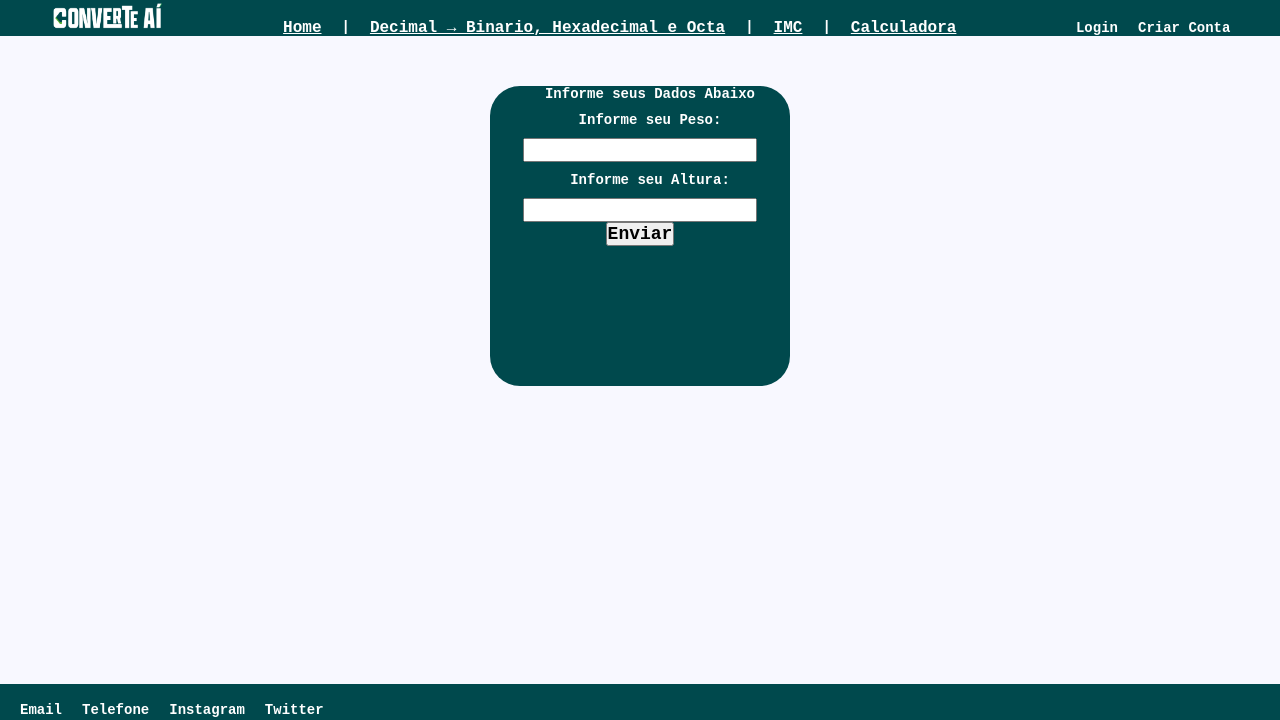
Repository: Frav1u/converteai
Page: http://localhost/ConverteAi/imc.html
These files come from the project's save history. The page is drawn as it stood at one moment and after the next save; the edit follows.
The browser window is 1280 px wide. The pictures show the whole page.
Some web fonts or font styles are not loaded; a fallback is used. The page is served by Tomcat 9. Other server files are loaded and not shown.

Above is the page before, as saved 2023-10-01 21:32:38.

### ConverteAi/src/main/webapp/imc.html
<!DOCTYPE html>
<html>
<head>
	<meta charset="UTF-8">
<title>Decimal Para Binario</title>
<link href="https://fonts.googleapis.com/css2?family=Inter:wght@400;700&family=Space+Mono:wght@400;700&display=swap"
        rel="stylesheet">
    <link rel="stylesheet" href="styleimc.css">
    <link rel="icon" href="icone-removebg-preview.png">

</head>
<body>
		<header>
			<img class="img" src="logo.png">
		<nav>
			<ul class="menu">
				<li><a href="home.html">Home</a></li>
				<li>  |  </li>
				<li><a href="decimalParaBinario.html">Decimal → Binario, Hexadecimal e Octa</a></li>
				<li>  |  </li>
				<li><a href="imc.html">IMC</a></li>
				<li>  |  </li>
				<li><a href="calculadora.html">Calculadora</a></li>
			</ul>
		</nav>
			<ul class="conta">
			<li>Login</li>
			<li>Criar Conta</li>
		</ul>
	</header>

	<main>
		<title>Calculadora de IMC</title>

</head>

<body>
<div class="caixa">
<form action = "receber.jsp">
	<ul>
		<li class="info">Informe seus Dados Abaixo</li>
		<li class="li1">Informe seu Peso:</li>
		<input class="li2" type="text" id="peso" name="peso">
		<li class="li1">Informe seu Altura:</li>
		<input class="li2" type="text" id="altura" name="altura">
	</ul>
		<input type ="submit" value = "Enviar">
</form>
</div>
	</main>

	<footer>
		<ul class="contatos">
			<li>Email</li>
			<li>Telefone</li>
			<li>Instagram</li>
			<li>Twitter</li>
		</ul>

	</footer>
</body>

</html>

### ConverteAi/src/main/webapp/styleimc.css

* {
    margin: 0;
    padding: 0;
    box-sizing: border-box;
    font-family: 'Apotek Bold', monospace;
    font-weight: 600;
    font-size: 18px;
    outline: none;
    list-style: none;
}

body{
	background-color:  ghostwhite
}

li{
	font-size: 14px;
	margin-left: 20px;

}

header{
	background-color: hsl(183, 100%, 15%);
	color: white;
	height: 5vh;
    color: inherit;
    display: flex;
    display: flex;
    justify-content: center;
    align-items: center;
    justify-content: space-evenly;
}

.contatos{
	display: flex;
	list-style: none;
}

footer{
	background-color: hsl(183, 100%, 15%);
	color: white;
	height: 5vh;
    padding-top: 18px;

}

.logo{
	color: white;
}
.menu{
	color: white;
	display: flex;
	margin-top: 20px;
	margin-left: 50px;
	list-style: none;

}

.conta{
	color: white;
	display: flex;
	margin-top: 20px;
	margin-left: 50px;
	list-style: none;
}

.menu a {
	color: white;
	font-size: 16px;

}



nav{
	display: flex;
	justify-content: center;
	align-items: center;
}


main{
	height: 90vh;
	text-align: center;
	padding-top: 30px;
}

.img{
	width: 114px;
}
.caixa{
	height: 300px;
	width: 300px;
	background-color: hsl(183, 100%, 15%);
	margin: 20px auto;
	border-radius: 30px;
	}

ul{
	color: white;
		list-style: none;
}

.li1{
	margin-top: 10px;
}


.li2{
	margin-top: 10px;

}


info{
	padding-top: 10px;
	padding-bottom: 10px;
	margin-top: 50px;
}

After the next save:
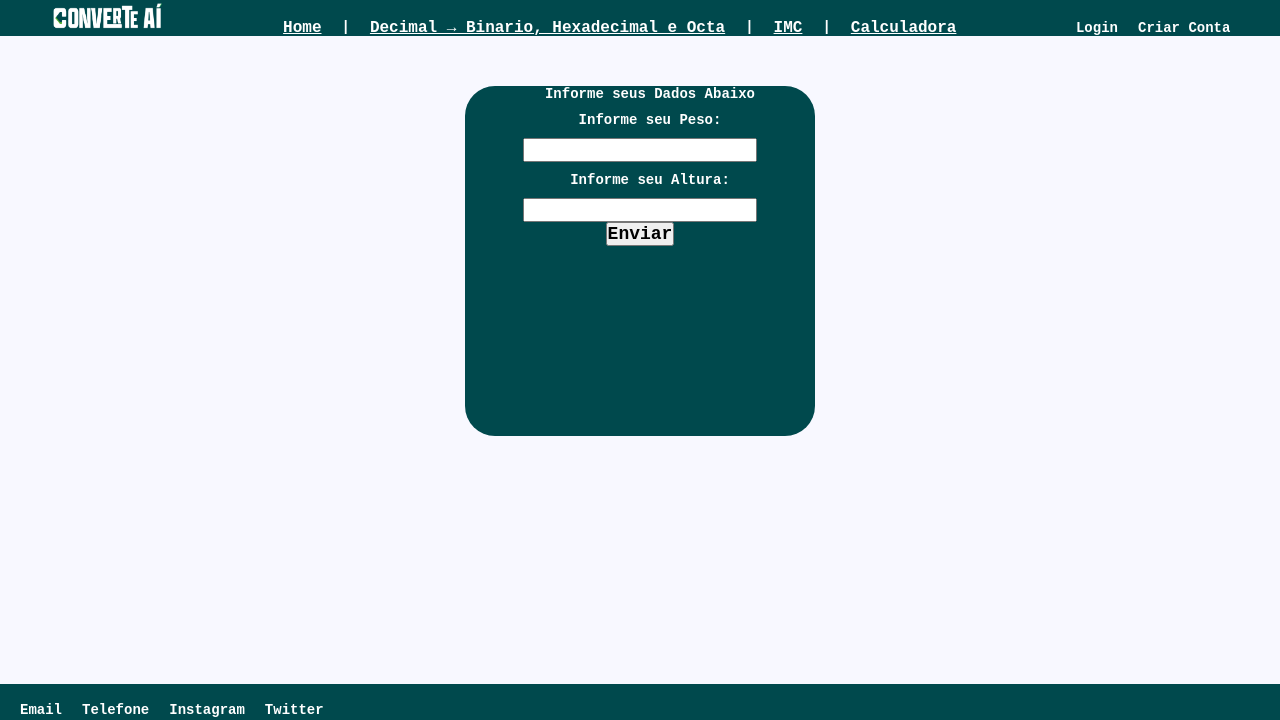
Saved 33 s later.
--- a/ConverteAi/src/main/webapp/styleimc.css
+++ b/ConverteAi/src/main/webapp/styleimc.css
@@ -90,8 +90,8 @@ main{
 	width: 114px;
 }
 .caixa{
-	height: 300px;
-	width: 300px;
+	height: 350px;
+	width: 350px;
 	background-color: hsl(183, 100%, 15%);
 	margin: 20px auto;
 	border-radius: 30px;
